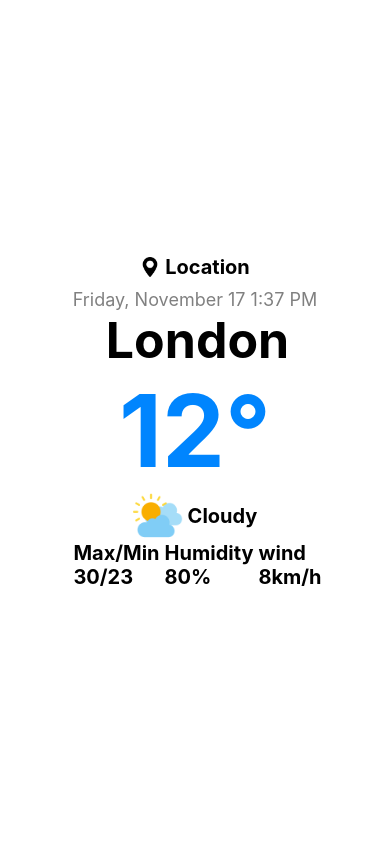
Repository: praveen080/react-native-weatherAppV1
Screen: /
The author's editor kept a copy of each file at every save. The screen is drawn from the files as they stood at one save, then again after a run of saves.
The app was drawn by React Native's web renderer in a window 390 px wide. The project was rebuilt for these pictures with package versions that can differ from the ones it lists, and the page was loaded fresh each time. Also part of the build but not shown: Screens/startUp.js.

Above is the screen before, as saved 2023-11-17 13:53:18.

### App.js
import { StatusBar } from "expo-status-bar";
import { StyleSheet, Text, View } from "react-native";
import StartPage from "./Screens/startUp";
import Home from "./Screens/Home";

export default function App() {
  return (
    <View style={styles.container}>
      {/* <StartPage /> */}
      <Home />
    </View>
  );
}

const styles = StyleSheet.create({
  container: {
    flex: 1,
    backgroundColor: "#ff f",
    alignItems: "center",
    justifyContent: "center",
  },
});

### Screens/Home.js
import React from "react";
import { View, Text, Image, TouchableOpacity, StyleSheet } from "react-native";

const Home = () => {
  const currentDate = new Date();

  // Format the date and time
  const formattedDate = currentDate.toLocaleDateString("en-US", {
    weekday: "long",
    day: "numeric",
    month: "long",
  });

  const formattedTime = currentDate.toLocaleTimeString("en-US", {
    hour: "numeric",
    minute: "numeric",
    hour12: true,
  });
  return (
    <View style={styles.container}>
      {/* Location Text with Icon */}
      <TouchableOpacity style={styles.locationContainer}>
        <Image source={require("./assets/location.png")} style={styles.icon} />
        <Text style={styles.locationText}>Location</Text>
      </TouchableOpacity>

      {/* Current Time and Date */}
      <Text style={styles.dateTimeText}>
        {formattedDate} {formattedTime}
      </Text>
      <Text style={styles.location}>London</Text>

      {/* Numbers */}
      <View style={styles.numbersContainer}>
        <Text style={styles.number}>12°</Text>
      </View>

      <View style={styles.locationContainer}>
        <Image
          source={require("./assets/cloudy-day.png")}
          style={styles.iconS}
        />
        <Text style={styles.locationText}>Cloudy</Text>
      </View>
      <View style={styles.locationContainer1}>
        <View>
          <Text style={styles.locationText}>Max/Min</Text>
          <Text style={styles.locationText}>30/23</Text>
        </View>
        <View>
          <Text style={styles.locationText}>Humidity</Text>
          <Text style={styles.locationText}>80%</Text>
        </View>
        <View>
          <Text style={styles.locationText}>wind</Text>
          <Text style={styles.locationText}>8km/h</Text>
        </View>
      </View>
    </View>
  );
};

export default Home;

export const styles = StyleSheet.create({
  container: {
    flex: 1,
    alignItems: "center",
    justifyContent: "center",
  },
  locationContainer: {
    flexDirection: "row",
    alignItems: "center",
  },
  locationContainer1: {
    flexDirection: "row",
    alignItems: "center",
  },
  locationText: {
    fontSize: 20,
    marginLeft: 5,
    fontWeight: "bold",
  },
  location: {
    fontSize: 50,
    marginLeft: 5,
    fontWeight: "bold",
  },
  icon: {
    width: 20,
    height: 20,
  },
  iconS: {
    width: 50,
    height: 50,
  },
  dateTimeText: {
    fontSize: 18,
    marginTop: 10,
    color: "grey",
  },
  numbersContainer: {
    flexDirection: "row",
    alignItems: "center",
    // marginTop: 20,
  },
  number: {
    fontSize: 100,
    // marginRight: 10,
    fontWeight: "bold",
    color: "#0085FE",
  },
  logo: {
    width: 100,
    height: 100,
    marginTop: 20,
  },
  card: {
    width: 350,
    height: 100,
    borderRadius: 10,
    backgroundColor: "lightblue",
    marginTop: 20,
  },
});

// // Weather.js

// import React, { useState } from "react";
// import { View, Text, TextInput, Button, StyleSheet } from "react-native";
// import axios from "axios";

// const Home = () => {
//   const [city, setCity] = useState("");
//   const [weatherData, setWeatherData] = useState(null);
//   const [error, setError] = useState("");

//   const apiKey = "2891236865fb81dd11cf0be56216e1cb";

//   const fetchWeatherData = async () => {
//     try {
//       const response = await axios.get(
//         `https://api.openweathermap.org/data/2.5/weather?q=${city}&appid=${apiKey}&units=metric`
//       );
//       setWeatherData(response.data);
//       setError("");
//     } catch (error) {
//       setWeatherData(null);
//       setError("City not found. Please try again.");
//     }
//   };

//   return (
//     <View style={styles.container}>
//       <Text style={styles.title}>Weather App</Text>
//       <TextInput
//         style={styles.input}
//         placeholder="Enter city"
//         value={city}
//         onChangeText={(text) => setCity(text)}
//       />
//       <Button title="Get Weather" onPress={fetchWeatherData} />
//       {weatherData && (
//         <View>
//           <Text>{`City: ${weatherData.name}`}</Text>
//           <Text>{`Temperature: ${weatherData.main.temp}°C`}</Text>
//           {/* Add more weather details as needed */}
//         </View>
//       )}
//       {error !== "" && <Text style={styles.error}>{error}</Text>}
//     </View>
//   );
// };

// const styles = StyleSheet.create({
//   container: {
//     flex: 1,
//     justifyContent: "center",
//     alignItems: "center",
//   },
//   title: {
//     fontSize: 20,
//     fontWeight: "bold",
//     marginBottom: 10,
//   },
//   input: {
//     height: 40,
//     borderColor: "gray",
//     borderWidth: 1,
//     marginBottom: 10,
//     padding: 10,
//     width: 200,
//   },
//   error: {
//     color: "red",
//     marginTop: 10,
//   },
// });

// export default Home;

After the next 6 saves:
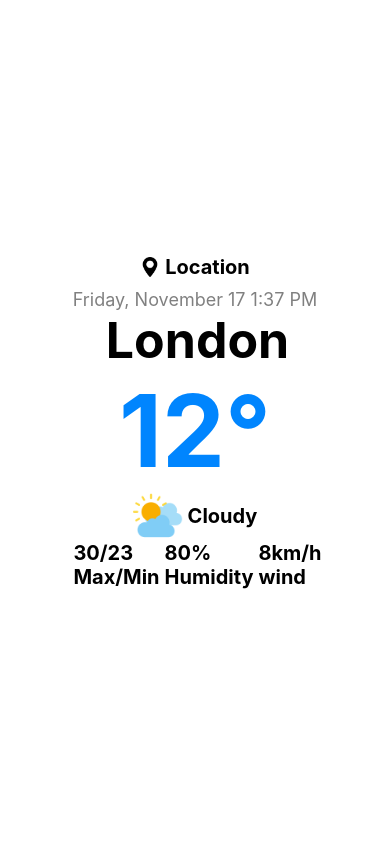
The 6 saves are shown as one change because they came seconds apart.
The last was saved 23 s later.
--- a/Screens/Home.js
+++ b/Screens/Home.js
@@ -44,16 +44,16 @@ const Home = () => {
       </View>
       <View style={styles.locationContainer1}>
         <View>
+          <Text style={styles.locationText}>30/23</Text>
           <Text style={styles.locationText}>Max/Min</Text>
-          <Text style={styles.locationText}>30/23</Text>
         </View>
         <View>
+          <Text style={styles.locationText}>80%</Text>
           <Text style={styles.locationText}>Humidity</Text>
-          <Text style={styles.locationText}>80%</Text>
         </View>
         <View>
+          <Text style={styles.locationText}>8km/h</Text>
           <Text style={styles.locationText}>wind</Text>
-          <Text style={styles.locationText}>8km/h</Text>
         </View>
       </View>
     </View>
